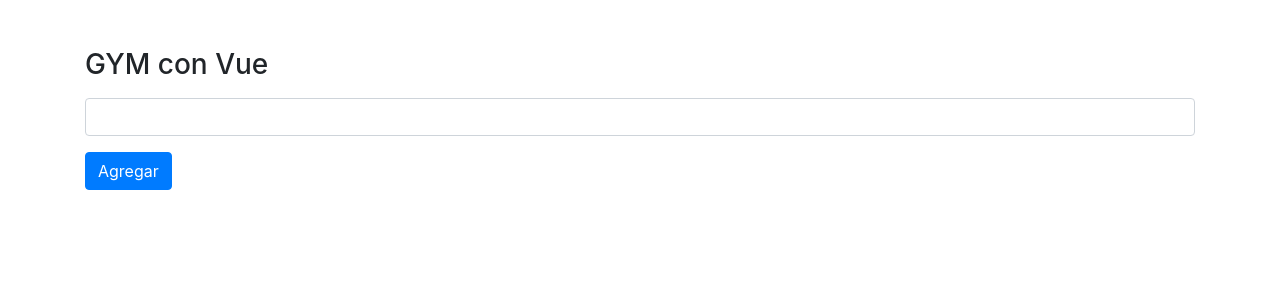
Repository: RonaldVega14/VueProjects
Page: LocalStorage/index.html
An editor plug-in stored every save of this project. The page is shown before and after the next save, followed by the edit.
The browser window is 1280 px wide. The pictures show the whole page.

Above is the page before, as saved 2019-11-13 15:26:21.

### LocalStorage/index.html
<!doctype html>
<html lang="en">
<head>
<!-- Required meta tags -->
<meta charset="utf-8">
<meta name="viewport" content="width=device-width, initial-scale=1, shrink-to-fit=no">

<!-- Bootstrap CSS -->
<link rel="stylesheet" href="https://stackpath.bootstrapcdn.com/bootstrap/4.3.1/css/bootstrap.min.css" integrity="sha384-ggOyR0iXCbMQv3Xipma34MD+dH/1fQ784/j6cY/iJTQUOhcWr7x9JvoRxT2MZw1T" crossorigin="anonymous">

<title>GYM Excercise</title>
</head>
<body>
    <div class="container mt-5" id="app">
        <h3>{{titulo}}</h3>

        <input type="text" class="form-control my-3" v-model="nuevaTarea" v-on:keyup.enter="agregarTarea">
        <button class="btn btn-primary" @click="agregarTarea" >Agregar</button>

        <div class="mt-3" v-for="(item, index) of tareas">
                <div class="alert alert-primary" role="alert">
                        <div class="d-flex justify-content-between align-items-center">

                            <div>
                                <h5>{{index + 1}}. {{item.nombre}}: {{item.estado}}</h5>
                            </div>
                            <div>
                                <button class="btn btn-success btn-sm"  @click="realizarTarea(index)"> OK </button>
                                <button class="btn btn-danger btn-sm" @click="eliminarTarea(index)"> X </button>
                            </div>


                        </div>
                      </div>
        </div>

    </div>

    <script src="https://cdn.jsdelivr.net/npm/vue/dist/vue.js"></script>
    <script src="app.js"></script>
</body>
</html>

### LocalStorage/app.js
const app = new Vue({
    el: '#app',
    data: {
        titulo: 'GYM con Vue',
        tareas: [],
        nuevaTarea: '',
    },
    methods: {
        agregarTarea: function () {

            this.tareas.push({
                nombre: this.nuevaTarea,
                estado: false
            });
            console.log(this.tareas);
            this.nuevaTarea = '';
        },
        realizarTarea: function (index) {
            this.tareas[index].estado = !this.tareas[index].estado
        },
        eliminarTarea: function (index) {
            this.tareas.pop(index);
        }

    }
});

After the next save:
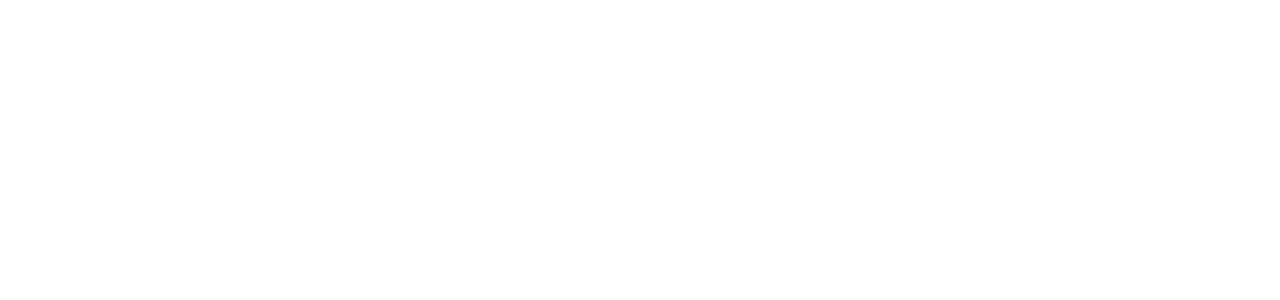
Saved 93 s later.
--- a/LocalStorage/index.html
+++ b/LocalStorage/index.html
@@ -18,7 +18,7 @@
         <button class="btn btn-primary" @click="agregarTarea" >Agregar</button>
 
         <div class="mt-3" v-for="(item, index) of tareas">
-                <div class="alert alert-primary" role="alert">
+                <div :class="['alert'', ''alert-danger']" role="alert">
                         <div class="d-flex justify-content-between align-items-center">
 
                             <div>

After the save that followed:
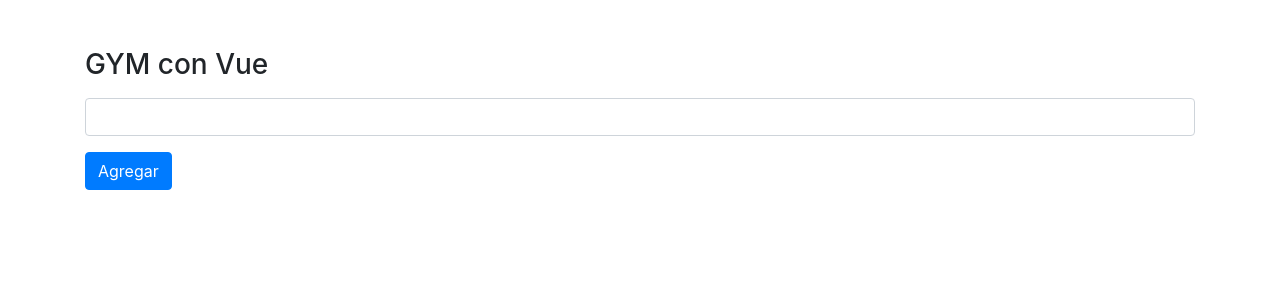
Saved 89 s later.
--- a/LocalStorage/index.html
+++ b/LocalStorage/index.html
@@ -18,7 +18,7 @@
         <button class="btn btn-primary" @click="agregarTarea" >Agregar</button>
 
         <div class="mt-3" v-for="(item, index) of tareas">
-                <div :class="['alert'', ''alert-danger']" role="alert">
+                <div role="alert" :class="['alert', 'alert-danger']" >
                         <div class="d-flex justify-content-between align-items-center">
 
                             <div>
